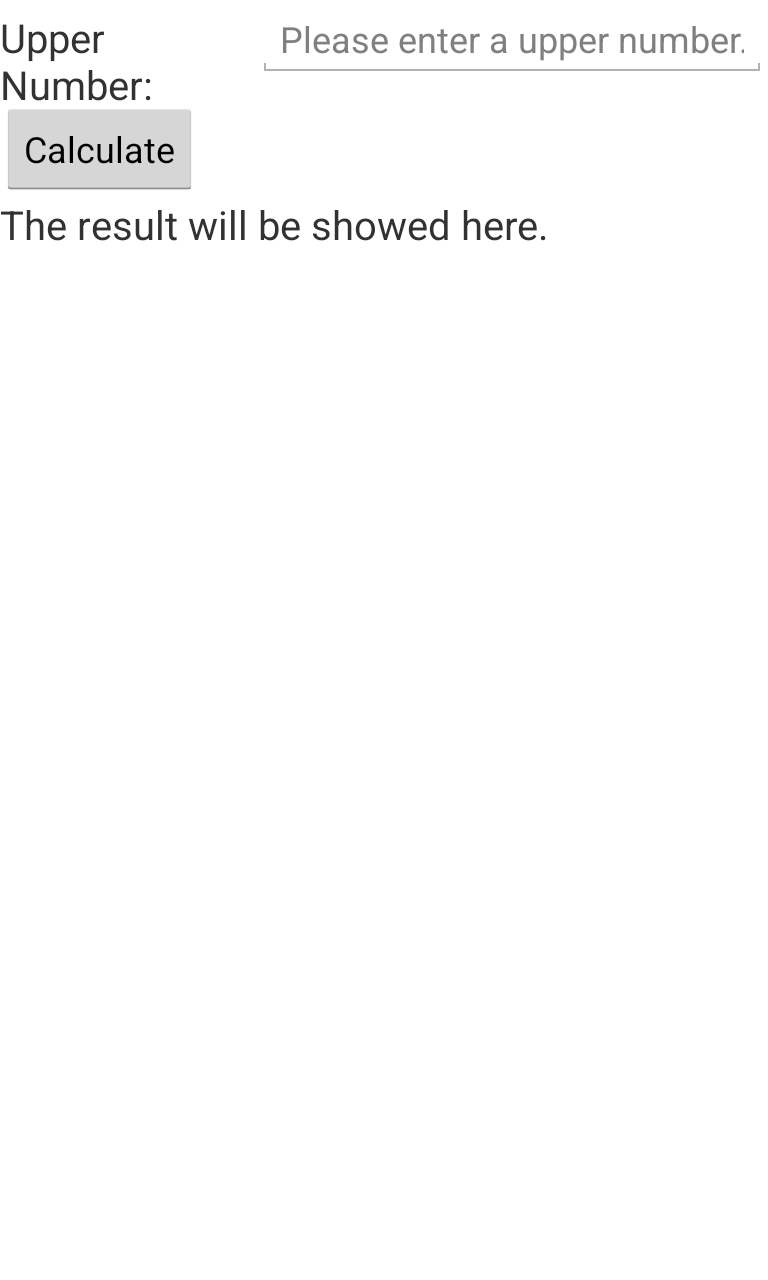
Repository: Liu-D-Henrry/Android
Layout: DemoHandler/res/layout/calculator.xml
The author's editor kept a copy of each file at every save. The layout is drawn from the files as they stood at one save, then again after the next save.
It is drawn on a 768 x 1280 px phone screen (xhdpi) without system bars, with theme AppTheme; the app's code is not run.

Above is the layout before, as saved 2013-08-28 07:32:27.

### DemoHandler/res/layout/calculator.xml
<?xml version="1.0" encoding="utf-8"?>
<LinearLayout xmlns:android="http://schemas.android.com/apk/res/android"
    android:layout_width="match_parent"
    android:layout_height="match_parent"
    android:orientation="vertical" >

    <LinearLayout
        android:layout_width="match_parent"
        android:layout_height="wrap_content"
        android:orientation="horizontal" >

    	<TextView
     	   	android:layout_width="0dp"
     	   	android:layout_height="wrap_content"
			android:layout_weight="1"
			android:textSize="20sp"
        	android:text="@string/textNum" />

    	<EditText
        	android:id="@+id/editNum"
        	android:layout_width="0dp"
       		android:layout_height="wrap_content"
       		android:layout_weight="2"
       		android:hint="@string/textHint"
        	android:inputType="number" />

    </LinearLayout>

    <Button
        android:id="@+id/calculate"
        android:layout_width="wrap_content"
        android:layout_height="wrap_content"
        android:text="@string/buttonCalculate" />

    <TextView
        android:id="@+id/result"
        android:layout_width="match_parent"
        android:layout_height="match_parent"
        android:textSize="20sp"
        android:text="@string/result" />

</LinearLayout>

### DemoHandler/res/values/strings.xml
<?xml version="1.0" encoding="utf-8"?>
<resources>

    <string name="app_name">DemoHandler</string>
    <string name="action_settings">Settings</string>
    <string name="hello_world">Hello world!</string>

    <string name="textNum">Upper Number: </string>
    <string name="textHint">Please enter a upper number.</string>
    <string name="buttonCalculate">Calculate</string>
    <string name="result">The result will be showed here.</string>

</resources>

Loaded but not shown: DemoHandler/res/values/styles.xml (common file); DemoHandler/res/values-v11/styles.xml (common file); DemoHandler/res/values-v14/styles.xml (common file)

After the next save:
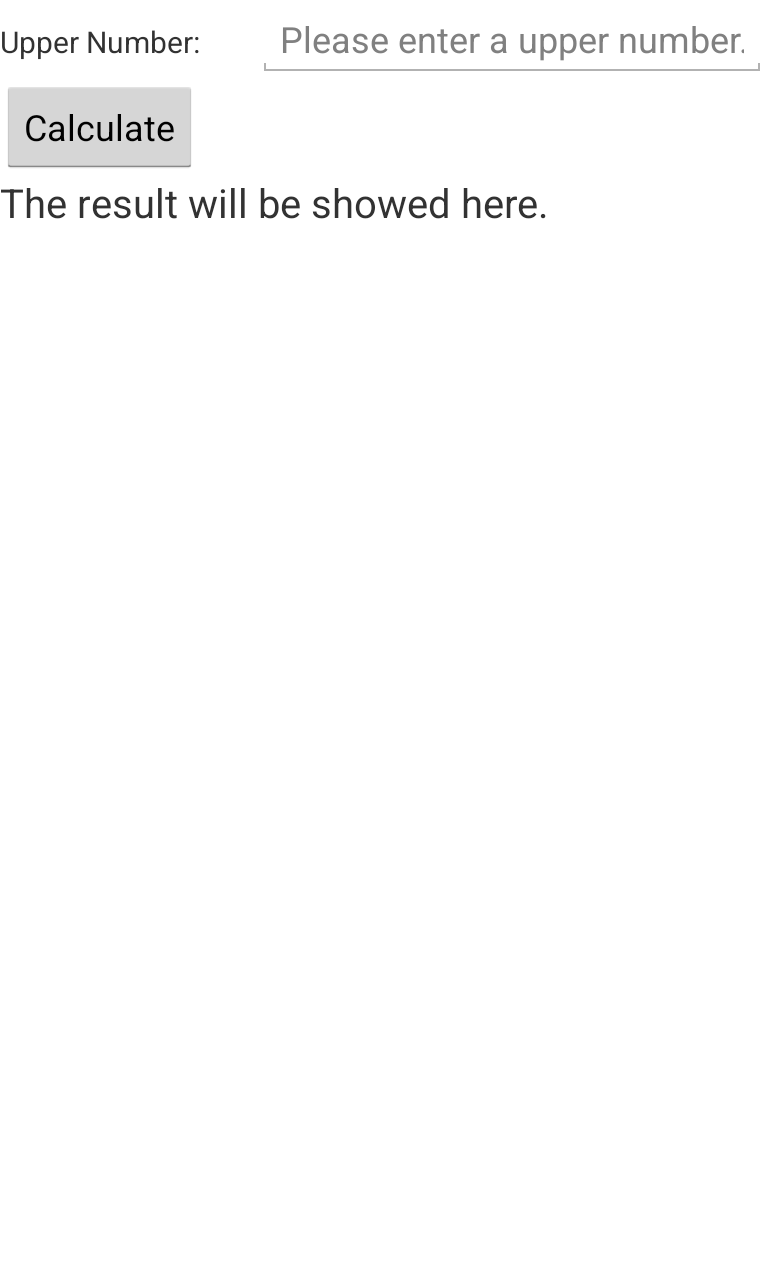
Saved 29 s later.
--- a/DemoHandler/res/layout/calculator.xml
+++ b/DemoHandler/res/layout/calculator.xml
@@ -13,7 +13,7 @@
      	   	android:layout_width="0dp"
      	   	android:layout_height="wrap_content"
 			android:layout_weight="1"
-			android:textSize="20sp"
+			android:textSize="15sp"
         	android:text="@string/textNum" />
 
     	<EditText
